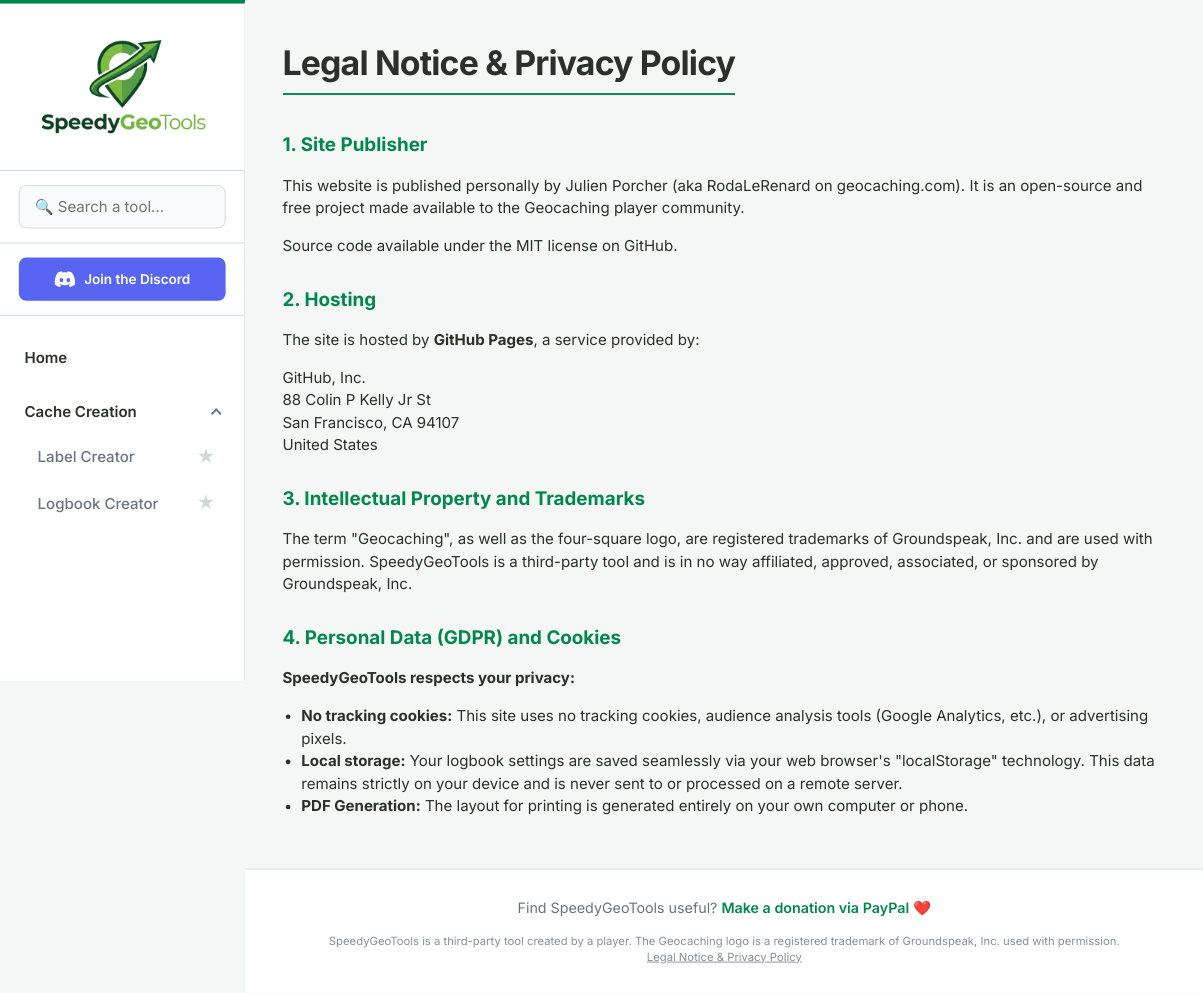
Repository: rodafux/SpeedyGeoTools
Page: legal.html
The author's editor kept a copy of each file at every save. The page is drawn from the files as they stood at one save, then again after the next save.
The browser window is 1280 px wide. The pictures show the whole page, at 94% of full size.

Above is the page before, as saved 2026-04-12 04:36:22.

After the next save:
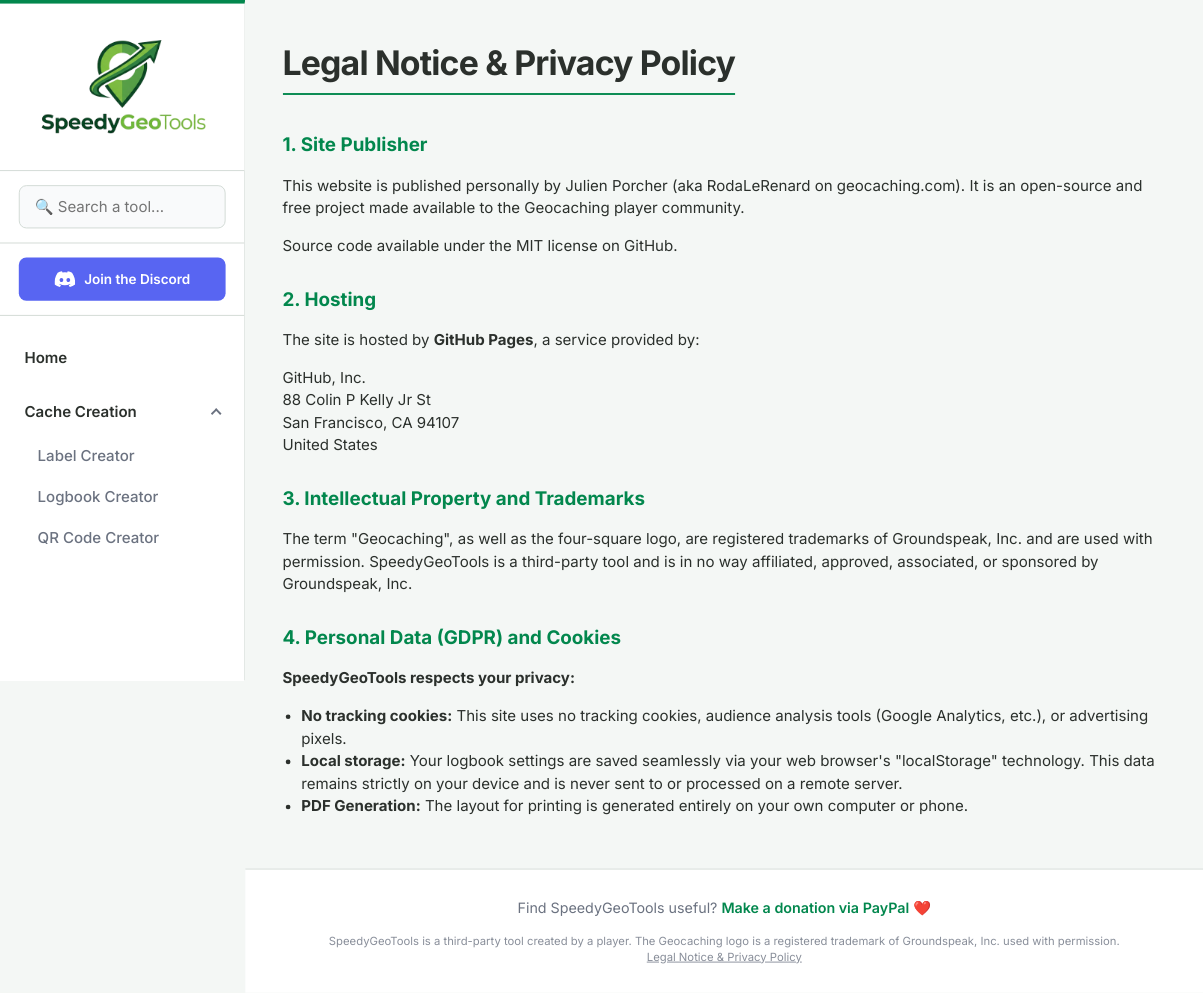
Saved 7 s later.
--- a/legal.html
+++ b/legal.html
@@ -26,33 +26,7 @@
     </script>
 </head>
 <body>
-    <div class="app-sidebar no-print">
-        <div class="sidebar-header">
-            <a href="index.html" class="sidebar-brand">
-                <img src="logo.png" alt="SpeedyGeoTools" class="brand-logo">
-            </a>
-            <button class="mobile-menu-toggle" onclick="toggleMobileMenu()">☰</button>
-        </div>
-        <div class="sidebar-content" id="sidebarContent">
-            <div class="search-container">
-                <input type="text" id="toolSearch" placeholder="🔍 Search a tool..." onkeyup="filterTools()">
-            </div>
-            <div class="sidebar-discord">
-                <a href="https://discord.gg/7D9yHJCKaA" target="_blank">
-                    <svg viewBox="0 0 127.14 96.36" width="22" height="22" fill="currentColor"><path d="M107.7,8.07A105.15,105.15,0,0,0,81.47,0a72.06,72.06,0,0,0-3.36,6.83A97.68,97.68,0,0,0,49,6.83,72.37,72.37,0,0,0,45.64,0,105.89,105.89,0,0,0,19.39,8.09C2.79,32.65-1.71,56.6.54,80.21h0A105.73,105.73,0,0,0,32.71,96.36,77.7,77.7,0,0,0,39.6,85.25a68.42,68.42,0,0,1-10.85-5.18c.91-.66,1.8-1.34,2.66-2a75.57,75.57,0,0,0,64.32,0c.87.71,1.76,1.39,2.66,2a68.68,68.68,0,0,1-10.87,5.19,77,77,0,0,0,6.89,11.1A105.25,105.25,0,0,0,126.6,80.22h0C129.24,52.84,122.09,29.11,107.7,8.07ZM42.45,65.69C36.18,65.69,31,60,31,53s5-12.74,11.43-12.74S54,46,53.89,53,48.84,65.69,42.45,65.69Zm42.24,0C78.41,65.69,73.31,60,73.31,53s5-12.74,11.43-12.74S96.33,46,96.22,53,91.08,65.69,84.69,65.69Z"/></svg>
-                    <span>Join the Discord</span>
-                </a>
-            </div>
-            <div class="sidebar-nav">
-                <a href="index.html">Home</a>
-                <details open>
-                    <summary>Cache Creation</summary>
-                    <a href="labels.html">Label Creator</a>
-                    <a href="logbook.html">Logbook Creator</a>
-                </details>
-            </div>
-        </div>
-    </div>
+    <div id="sidebar-placeholder"></div>
     <main class="app-content">
         <div class="container legal-content">
             <h1>Legal Notice & Privacy Policy</h1>
@@ -81,5 +55,6 @@
         </footer>
     </main>
     <script src="js/main.js"></script>
+    <script src="js/sidebar.js"></script>
 </body>
 </html>
